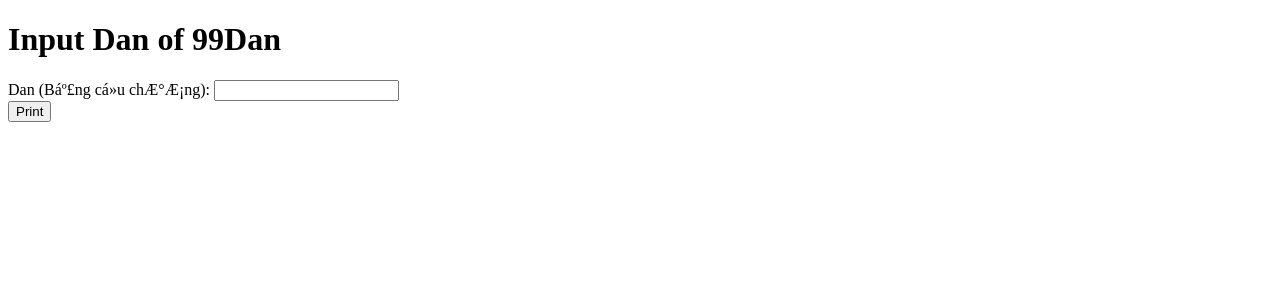
Repository: Vipper105/Restaurant_project
Page: webShop/WebContent/Gugu.html
These files come from the project's save history. The page is drawn as it stood at one moment and after the next save; the edit follows.
The browser window is 1280 px wide. The pictures show the whole page.

Above is the page before, as saved 2020-08-11 03:30:25.

### webShop/WebContent/Gugu.html
<!DOCTYPE html>
<html>
<head>
<meta charset="ISO-8859-1">
<title>Insert title here</title>
</head>
<body>
	<h1>Input Dan of 99Dan</h1>
	<form method="get" action="gugudan">
		Dan (Bảng cửu chương): <input type="text" name="dan"></br> <input
			type="submit" value="Print">
	</form>


</body>
</html>

After the next save:
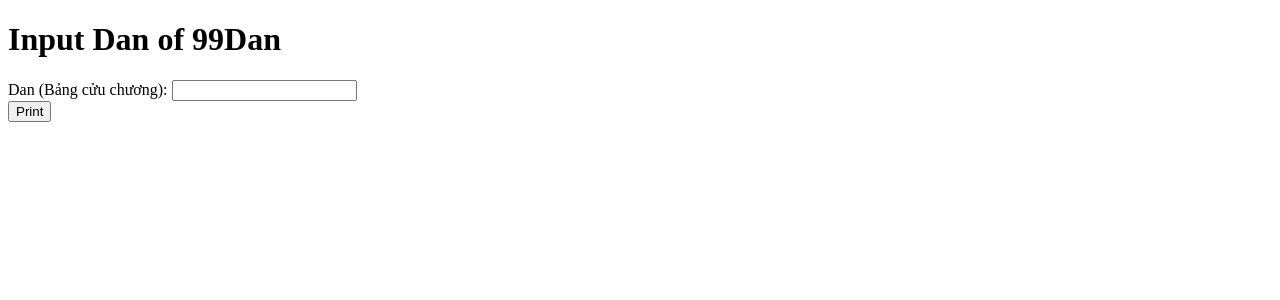
Saved 2 min 16 s later.
--- a/webShop/WebContent/Gugu.html
+++ b/webShop/WebContent/Gugu.html
@@ -1,7 +1,7 @@
 <!DOCTYPE html>
 <html>
 <head>
-<meta charset="ISO-8859-1">
+<meta charset="UTF-8">
 <title>Insert title here</title>
 </head>
 <body>
